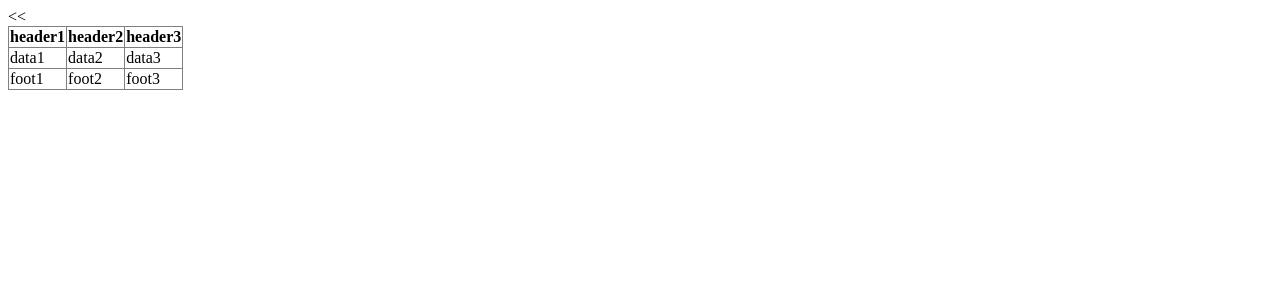
Repository: LucestDail/WebEclipse-Workspace
Page: htmlProject/WebContent/htmlEx6.html
The author's editor kept a copy of each file at every save. The page is drawn from the files as they stood at one save, then again after the next save.
The browser window is 1280 px wide. The pictures show the whole page.

Above is the page before, as saved 2020-11-05 06:17:17.

After the next save:
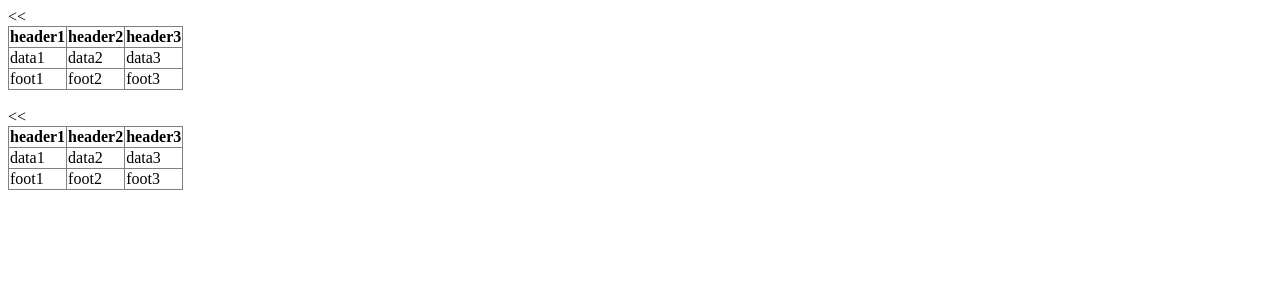
Saved 3 min 35 s later.
--- a/htmlProject/WebContent/htmlEx6.html
+++ b/htmlProject/WebContent/htmlEx6.html
@@ -8,8 +8,14 @@
 <table border = "1" style = "border-collapse :collapse;">
 <thead><tr><th>header1</th><th>header2</th><th>header3</th></tr></thead>
 <tbody><tr><td>data1</td><<td>data2</td><td>data3</td></tr>
+		<tr><td>foot1</td><<td>foot2</td><td>foot3</td></tr>
+</tbody>
+</table><br>
+
+<table border = "1" style = "border-collapse :collapse;">
+<tr><th>header1</th><th>header2</th><th>header3</th></tr>
+<tr><td>data1</td><<td>data2</td><td>data3</td></tr>
 <tr><td>foot1</td><<td>foot2</td><td>foot3</td></tr>
-</tbody>
-</table>
+</table><br>
 </body>
 </html>
